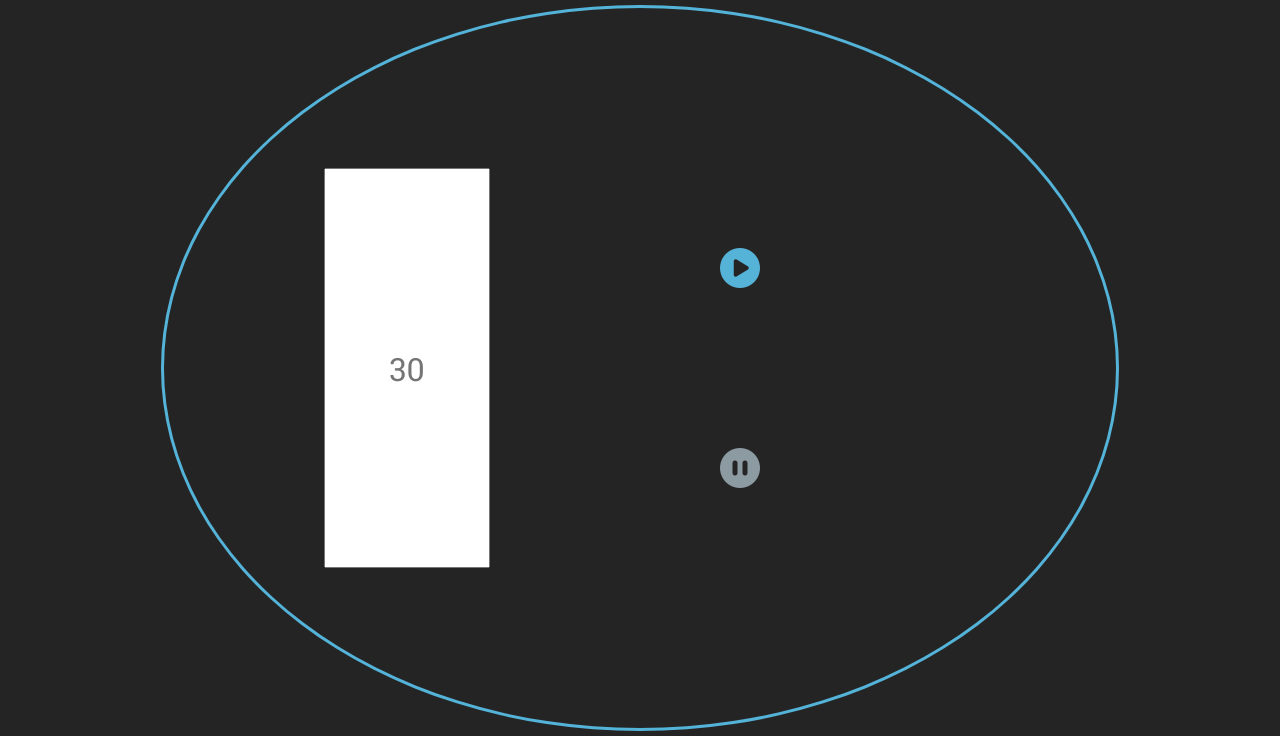
Repository: Sbethm/javascript-challenges
Page: index.html
These files come from the project's save history. The page is drawn as it stood at one moment and after the next save; the edit follows.
The browser window is 1280 px wide. The pictures show the whole page.
Some web libraries are served in a nearby version. The style sheet was rebuilt from its Sass, Less or Tailwind sources for each picture, by a compiler version that may differ from the author's.

Above is the page before, as saved 2021-09-17 09:41:35.

### index.html
<!DOCTYPE html>
<html lang="en">
<head>
    <meta charset="UTF-8">
    <meta http-equiv="X-UA-Compatible" content="IE=edge">
    <meta name="viewport" content="width=device-width, initial-scale=1.0">
    <link rel="stylesheet" href="./CSS/main.css">
    <link rel="preconnect" href="https://fonts.googleapis.com">
    <link rel="preconnect" href="https://fonts.gstatic.com" crossorigin>
    <link href="https://fonts.googleapis.com/css2?family=Roboto+Slab&display=swap" rel="stylesheet">
    <script src="https://kit.fontawesome.com/4348baf125.js" crossorigin="anonymous"></script>
    <title>SarahMoosa: JavaScript Challenges</title>
</head>
<body>
    <header></header>
    <main>
        <div class="container">
            <input type="text" placeholder="30">
            <div class="btn-container">
                <i class="fas fa-play-circle"></i>
                <i class="fas fa-pause-circle"></i>
            </div>
        </div>
    </main>
</body>
</html>

### SCSS/main.scss
@import "./variables";

body {
    background-color: rgb(37, 36, 36);
}

main{
    height: 100vh;
    display: flex;
    align-items: center;
    justify-content: center;
}

.container {
    display: grid;
    grid-template-columns: 50% 50%;
    grid-row: 25% 75%;
    width: 50%;
    padding: 5em;
    margin: 0 auto;
    font-family: 'Roboto Slab', serif;
    font-size: 2rem;
    background-color: rgb(37, 36, 36);
    border: solid 3px rgb(84, 179, 216);
    border-radius: 100%;
}

.btn-container {
    // display: flex;
    // justify-content: center;
    //align-items: center;
}

input {
    width: 50%;
    grid-area: 1 / 1 / 2;
    text-align: center;
    font-family: inherit;
    font-size: 100%;
}

i {
    padding: 2em;
    font-size: clamp(1rem, 75vw, 2.5rem);
}

.fa-pause-circle {
    color: $inactiveColor;
}

.fa-play-circle {
    color: $activeColor;
}

### SCSS/_variables.scss
//COLORS
$activeColor: hsl(197, 63%, 59%);
$inactiveColor: hsl(197, 10%, 59%);

After the next save:
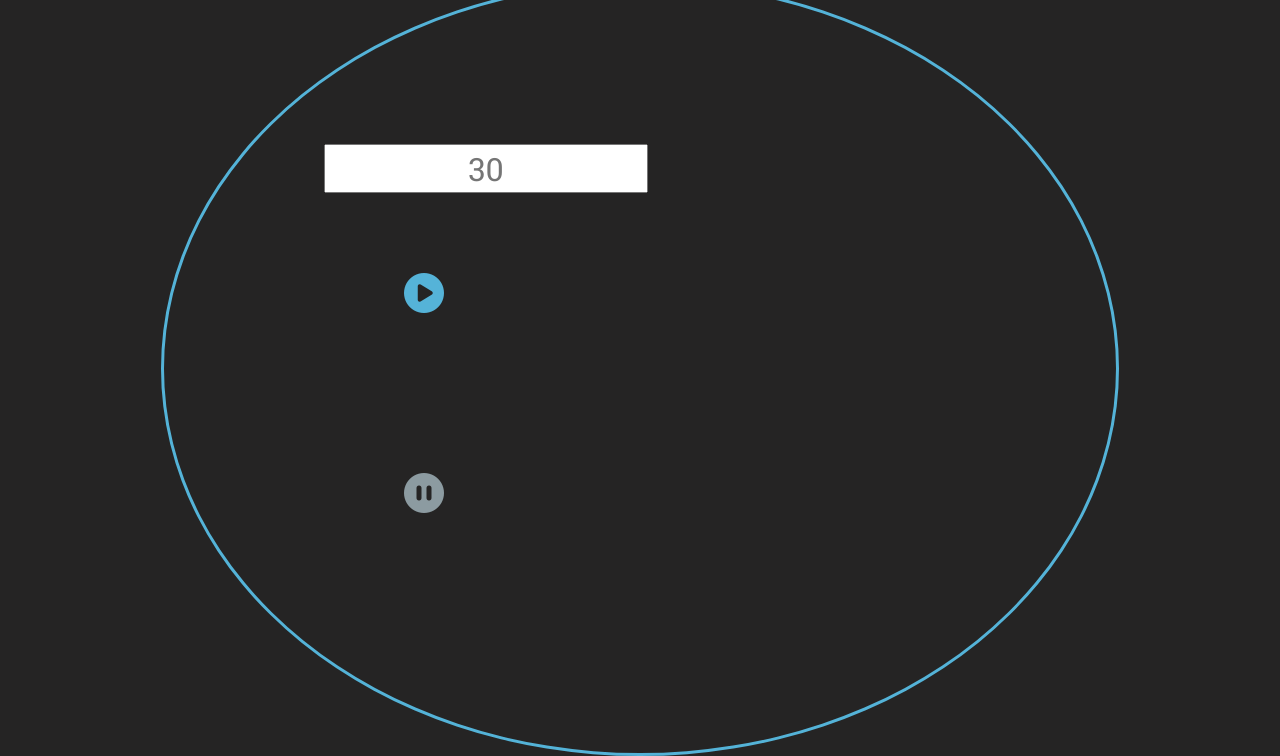
Saved 5 s later.
--- a/SCSS/main.scss
+++ b/SCSS/main.scss
@@ -33,7 +33,7 @@ main{
 
 input {
     width: 50%;
-    grid-area: 1 / 1 / 2;
+    grid-area: 1 / 1 / 2 / 3;
     text-align: center;
     font-family: inherit;
     font-size: 100%;
